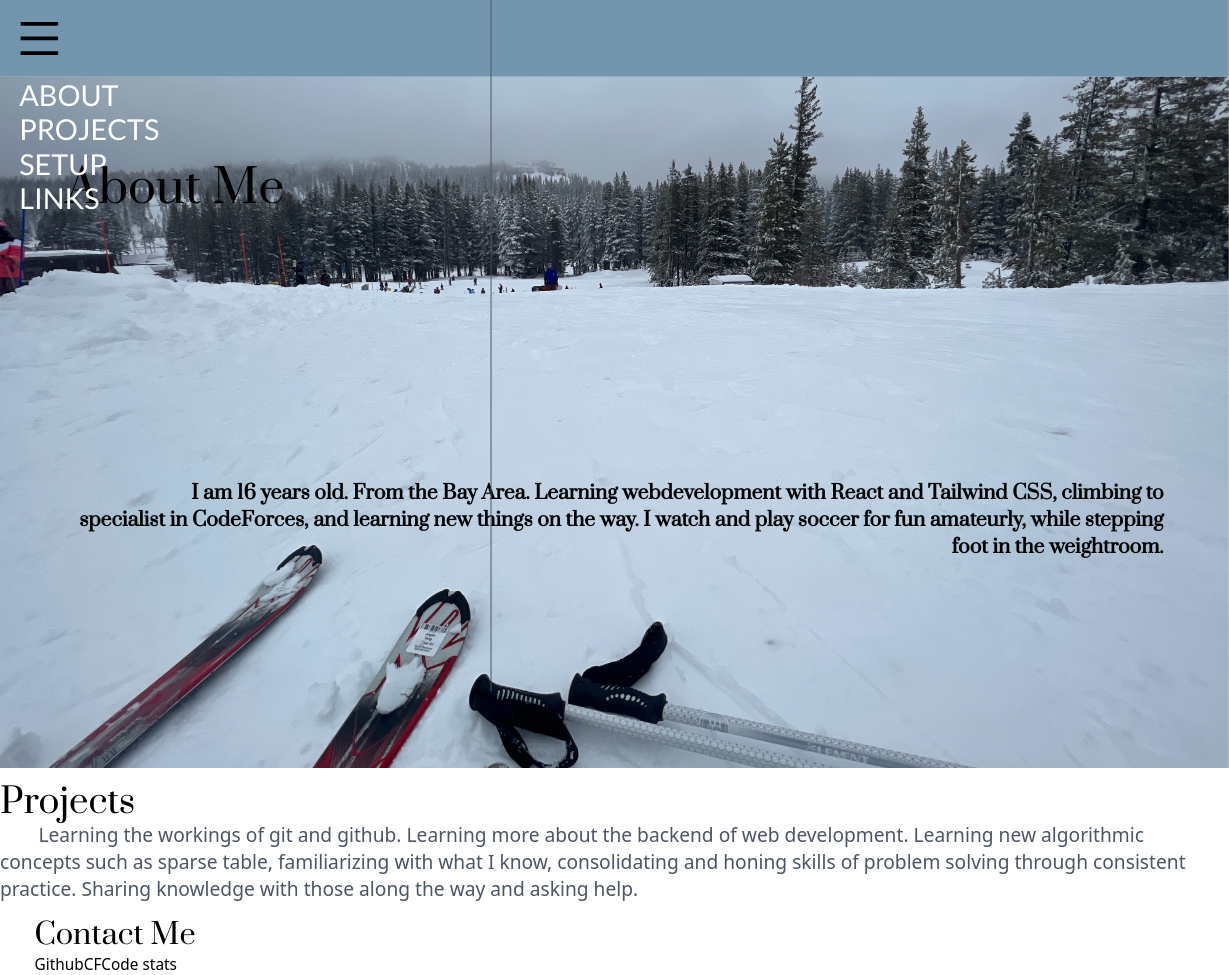
Repository: joshuayanggithub/joshua-yang-website
Page: /
An editor plug-in stored every save of this project. The page is shown before and after the next save, followed by the edit.
The browser window is 1280 px wide. The pictures show the whole page, at 96% of full size.
The project was rebuilt for these pictures with package versions that can differ from the ones it lists, and the page was loaded fresh each time.

Above is the page before, as saved 2023-01-08 02:11:59.

### public/index.html
<!DOCTYPE html>
<html lang="en">
  <head>
    <meta charset="utf-8" />
    <link rel="icon" href="%PUBLIC_URL%/favicon.ico" />
    <meta name="viewport" content="width=device-width, initial-scale=1" />
    <meta name="theme-color" content="#000000" />
    <meta
      name="description"
      content="Web site created using create-react-app"
    />
    <link rel="apple-touch-icon" href="%PUBLIC_URL%/logo192.png" />
    <!--
      manifest.json provides metadata used when your web app is installed on a
      user's mobile device or desktop. See https://developers.google.com/web/fundamentals/web-app-manifest/
    -->
    <link rel="manifest" href="%PUBLIC_URL%/manifest.json" />
    <!--
      Notice the use of %PUBLIC_URL% in the tags above.
      It will be replaced with the URL of the `public` folder during the build.
      Only files inside the `public` folder can be referenced from the HTML.

      Unlike "/favicon.ico" or "favicon.ico", "%PUBLIC_URL%/favicon.ico" will
      work correctly both with client-side routing and a non-root public URL.
      Learn how to configure a non-root public URL by running `npm run build`.
    -->
    <title>Joshua Yang</title>
  </head>
  <body>
    <noscript>You need to enable JavaScript to run this app.</noscript>
    <div id="root"></div>
    <!--
      This HTML file is a template.
      If you open it directly in the browser, you will see an empty page.

      You can add webfonts, meta tags, or analytics to this file.
      The build step will place the bundled scripts into the <body> tag.

      To begin the development, run `npm start` or `yarn start`.
      To create a production bundle, use `npm run build` or `yarn build`.
    -->
  </body>
</html>

### src/index.css
@import url('https://fonts.googleapis.com/css2?family=Lato:ital,wght@0,100;0,300;0,400;0,700;0,900;1,100;1,400;1,700;1,900&display=swap');

@import url('https://fonts.googleapis.com/css2?family=Prata&display=swap');

@tailwind base;
@tailwind components;
@tailwind utilities;

### src/App.js
import NavBar from "./components/NavBar";
import About from "./components/About";
import Contacts from "./components/Contacts";
import Setup from "./components/Setup";
import Projects from "./components/Projects";

function App() {
  return (
    <>
      <NavBar />
      <About />
      <Projects />
      <Setup />
      <Contacts />
    </>
  );
}

export default App;

### src/components/NavBar.jsx
import React from "react";
import {AiOutlineMenu,AiOutlineClose} from 'react-icons/ai'
import Button from './Button'

const NavBar = () => {
  const links = [
    {'id': 1, 'name': 'About'},
    {'id': 2, 'name': 'Projects'},
    {'id': 3, 'name': 'Setup'},
    {'id': 4, 'name': 'Links'}
  ]

  return (
    <div class="md:flex bg-sasskyblue w-full justify-between items-center h-20 mx-auto px-4">
      <div>
        <AiOutlineMenu size={50}></AiOutlineMenu>
      </div>

      <div class="hidden">
        <ul class="md:flex">
          {
            links.map((link) =>
              <li key={link.id}>
                <a href='#About' class="text-3xl text-white px-5 hover:bg-sasnavyblue hover:font-bold duration-300 uppercase font-navheader">{link.name}</a>
              </li>
            )
          }
        </ul>
        <Button> Email Me </Button>
      </div>

      <div class="fixed left-0 top-0 w-[40%] h-full border-r border-r-gray-600">
        <ul class="pt-20">
            {
              links.map((link) =>
                <li key={link.id}>
                  <a href='#About' class="text-3xl text-white p-5 hover:bg-sasnavyblue hover:font-bold duration-300 uppercase font-navheader">{link.name}</a>
                </li>
              )
            }
          </ul>
        </div>
    </div>
  );
};

export default NavBar;

### src/components/About.jsx
import React from 'react'

const About = () => {
  return (
    <div class="h-screen py-10 px-5" style={{backgroundImage: "url(/imgs/snow_background.jpg)",  height: '100vh', width: "100vw", backgroundRepeat: "no-repeat",  backgroundPosition: 'left', backgroundSize: 'cover',}}>
      <h1 class="py-10 px-8 my-3 mx-4 text-black font-pageheader text-5xl max-w-4xl">About Me</h1>
      <p class="py-40 justify-between px-8 my-20 mx-4 indent-10 text-black text-xl font-pageheader font-extrabold text-end" >I am 16 years old. From the Bay Area. Learning webdevelopment with React and Tailwind CSS, climbing to specialist in CodeForces, and learning new things on the way. I watch and play soccer for fun amateurly, while stepping foot in the weightroom. </p>
    </div>
  );
}

export default About

### src/components/Contacts.jsx
import React from 'react'

const Contacts = () => {
  return (
    <div class="mx-5 px-4">
      <h1 class="text-3xl font-pageheader ">Contact Me</h1>
      <a href="https://github.com/joshuayanggithub">Github</a>
      <a href="https://codeforces.com/profile/JoshuaYang">CF</a>
      <a href="https://wakatime.com/@joshuayang">Code stats</a>
    </div>
  );
}

export default Contacts

### src/components/Setup.jsx
import React from 'react'

const Setup = () => {
  return (
    <div>

    </div>
  );
}

export default Setup

### src/components/Projects.jsx
import React from 'react'

const Projects = () => {
  return (
    <div class="my-4">
      <h1 class="text-black text-4xl font-pageheader">Projects</h1>
      <p class="indent-10 text-gray-600 text-xl">
        Learning the workings of git and github. Learning more about the backend of web development. Learning new algorithmic concepts such as sparse table, familiarizing with what I know,  consolidating and honing skills of problem solving through consistent practice. Sharing knowledge with those along the way and asking help.
      </p>
    </div>
  );
}

export default Projects

### src/components/Button.jsx
import React from "react";

const Button = (props) => {
  return (
    <button class="bg-sasgrey text-white font-navheader py-3  px-4 mx-3 rounded-lg">
      {props.children}
    </button>
  );
}

export default Button

### tailwind.config.js
/** @type {import('tailwindcss').Config} */
module.exports = {
  content: [
    "./src/components/*.{html,js,jsx}",
    "./src/**/*.{html,js,jsx}",
  ],
  theme: {
    screens: {
      'sm': '640px',
      // => @media (min-width: 640px) { ... }

      'md': '768px',
      // => @media (min-width: 768px) { ... }

      'lg': '1024px',
      // => @media (min-width: 1024px) { ... }

      'xl': '1280px',
      // => @media (min-width: 1280px) { ... }

      '2xl': '1536px',
      // => @media (min-width: 1536px) { ... }
    },
    extend: {
      colors: {
        'sasblack':'#5D5C61',
        'sasgrey': '#938e93',
        'sasskyblue': '#7395AE',
        'sasnavyblue': '#557A95',
        'sasgold':'#B1A296',
      }
    },
    fontFamily: {
      navheader: ['Lato',],
      pageheader: ['Prata',],
    },
  },
  plugins: [],
}

Loaded but not shown: src/index.js (common file)

After the next save:
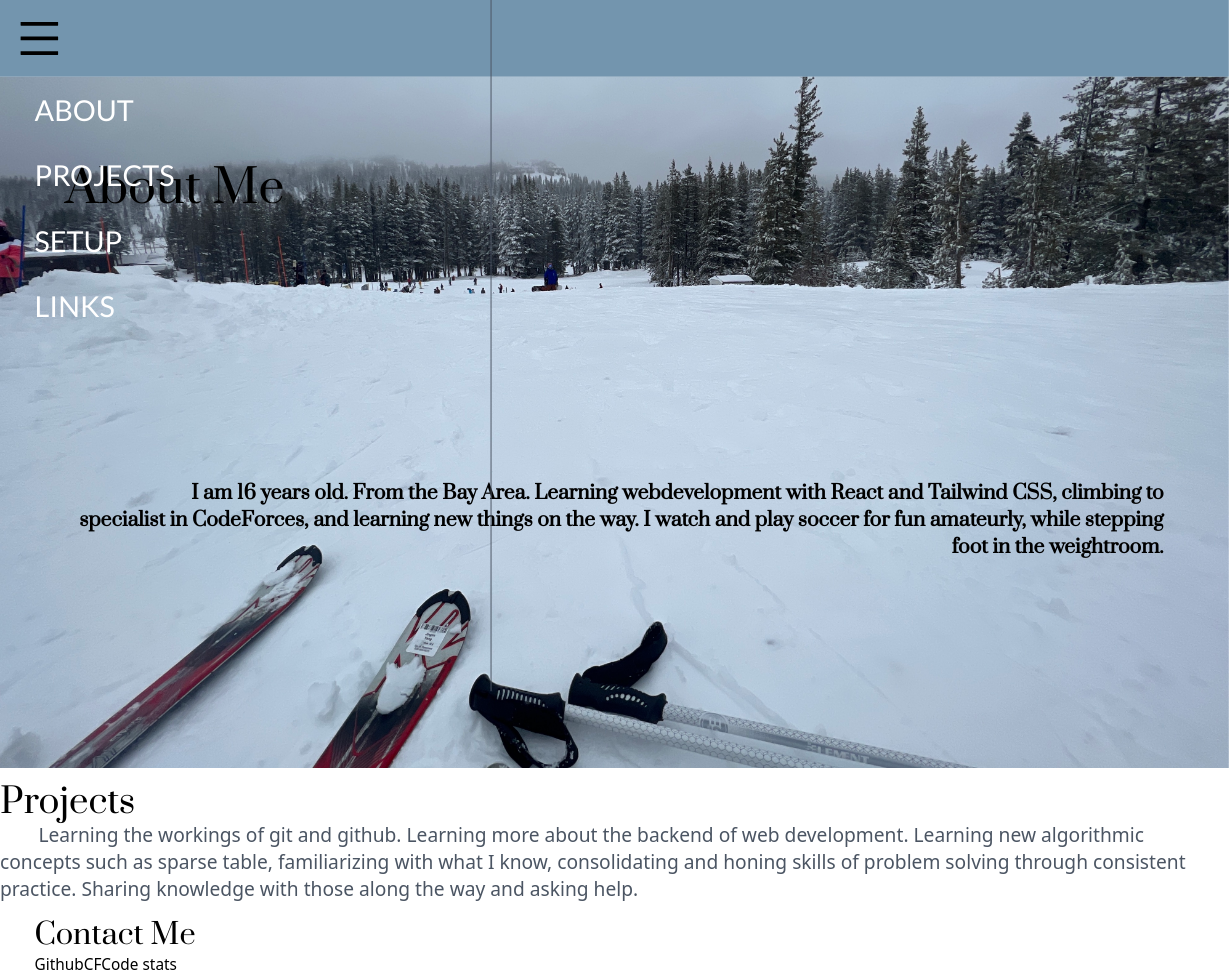
Saved 6 s later.
--- a/src/components/NavBar.jsx
+++ b/src/components/NavBar.jsx
@@ -33,7 +33,7 @@ const NavBar = () => {
         <ul class="pt-20">
             {
               links.map((link) =>
-                <li key={link.id}>
+                <li key={link.id} class="p-4">
                   <a href='#About' class="text-3xl text-white p-5 hover:bg-sasnavyblue hover:font-bold duration-300 uppercase font-navheader">{link.name}</a>
                 </li>
               )
